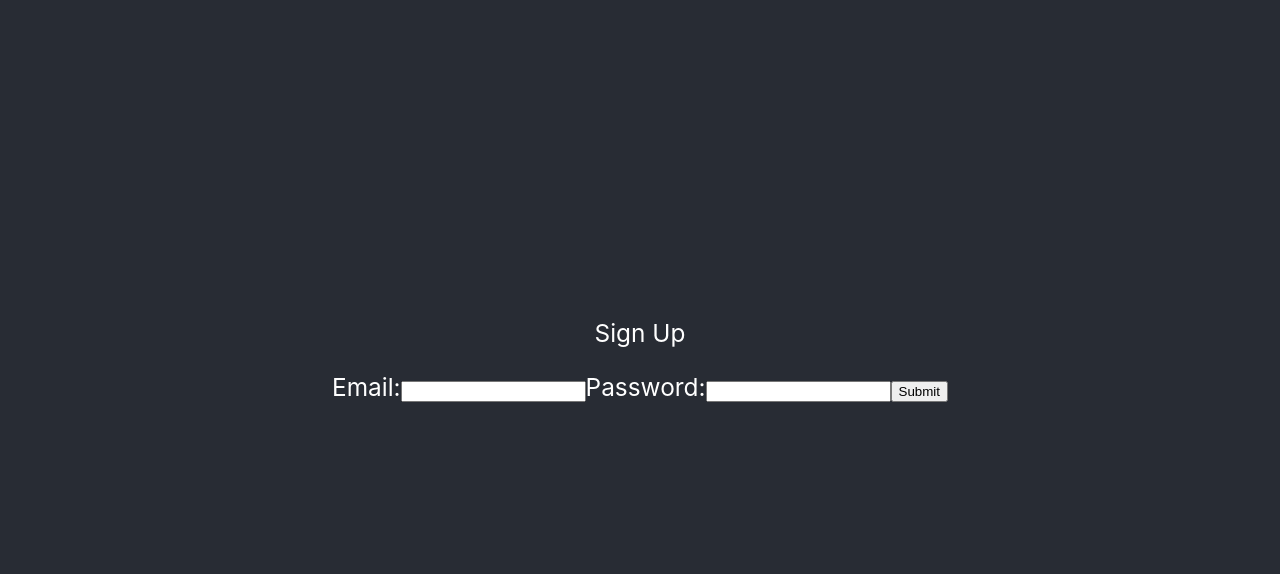
Repository: Achorn/acorn-blog
Page: /signin
The author's editor kept a copy of each file at every save. The page is drawn from the files as they stood at one save, then again after the next save.
The browser window is 1280 px wide. The pictures show the whole page.
The project was rebuilt for these pictures with package versions that can differ from the ones it lists, and the page was loaded fresh each time.

Above is the page before, as saved 2023-05-30 15:38:39.

### src/App.js
import "./App.css";
import SignIn from "./pages/SignIn";
function App() {
  return (
    <div className="App">
      <header className="App-header">
        <SignIn />
      </header>
    </div>
  );
}

export default App;

### src/pages/SignIn.js
import React, { useEffect, useState } from "react";

function SignIn() {
  const [email, setEmail] = useState("");
  const [password, setPassword] = useState("");

  function handleSubmit(event) {
    event.preventDefault();
    console.log(email, " and ", password);
  }
  return (
    <div>
      <p>Sign Up</p>
      <form onSubmit={handleSubmit}>
        <label>
          Email:
          <input
            type="text"
            name="email"
            onChange={(e) => setEmail(e.target.value)}
          />
        </label>
        <label>
          Password:
          <input
            type="text"
            name="password"
            onChange={(e) => setPassword(e.target.value)}
          />
        </label>
        <input type="submit" value="Submit" />
      </form>
      <p>{email}</p>
      <p>{password}</p>
    </div>
  );
}

export default SignIn;

Loaded but not shown: public/index.html (common file); src/index.js (common file); src/index.css (common file); src/reportWebVitals.js (common file); src/App.css (common file)

After the next save:
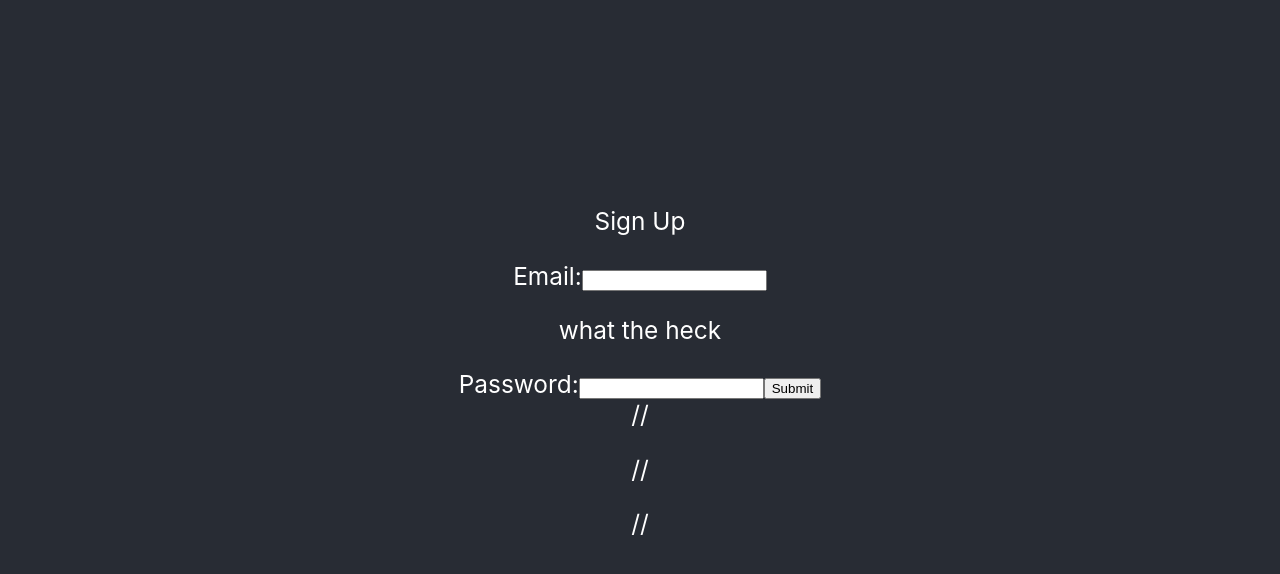
Saved 2 min 11 s later.
--- a/src/pages/SignIn.js
+++ b/src/pages/SignIn.js
@@ -20,6 +20,7 @@ function SignIn() {
             onChange={(e) => setEmail(e.target.value)}
           />
         </label>
+        <p> what the heck</p>
         <label>
           Password:
           <input
@@ -30,8 +31,9 @@ function SignIn() {
         </label>
         <input type="submit" value="Submit" />
       </form>
-      <p>{email}</p>
-      <p>{password}</p>
+      // <p>{email}</p>
+      // <p>{password}</p>
+      //{" "}
     </div>
   );
 }
